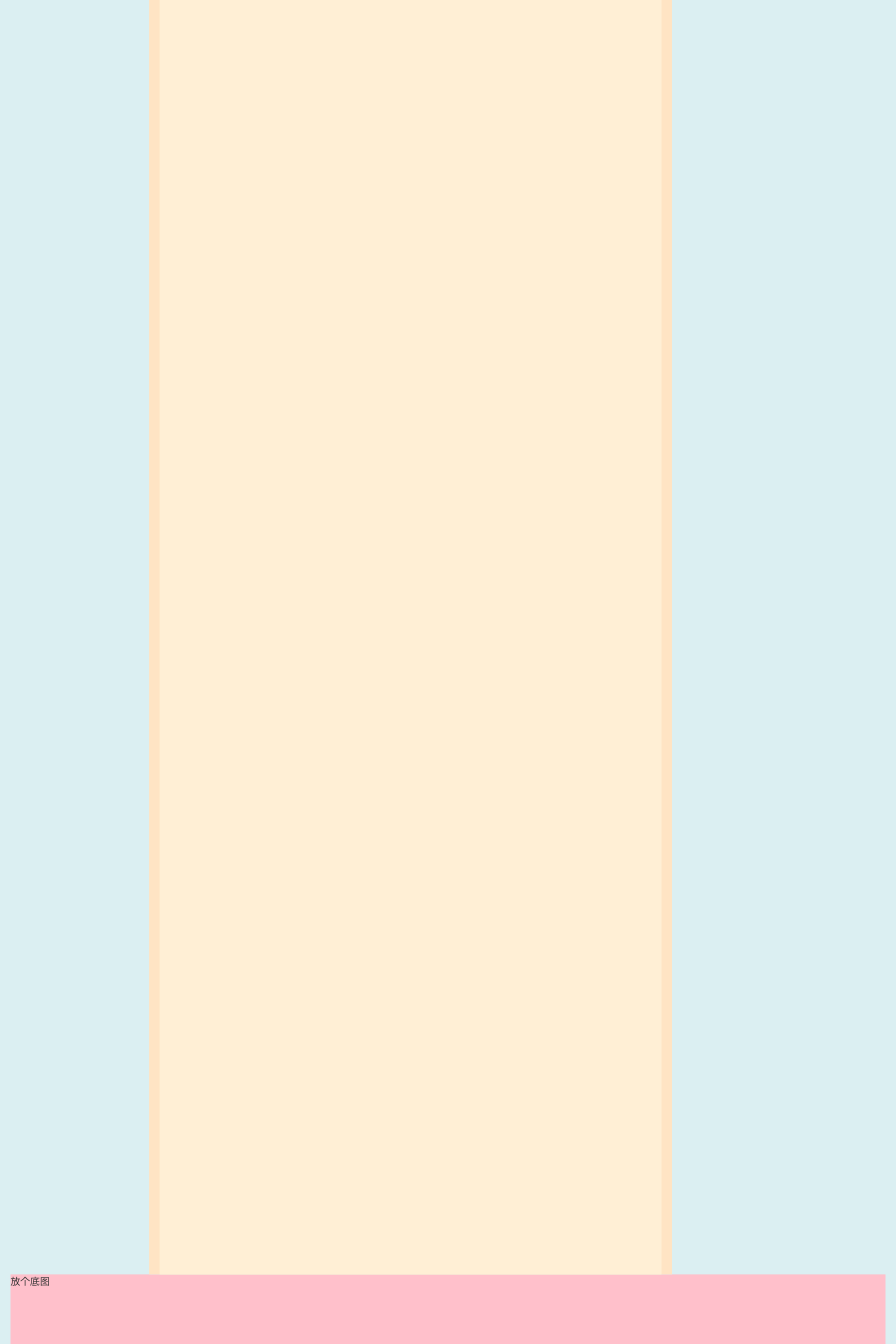
Repository: 15378517762/zxy
Page: html/index.html
These files come from the project's save history. The page is drawn as it stood at one moment and after the next save; the edit follows.
The browser window is 1280 px wide. The pictures show the part of the page from y = 1472 to 3392 px (the page is 3392 px tall), at 70% of full size.

Above is the page before, as saved 2021-05-28 21:22:55.

After the next save:
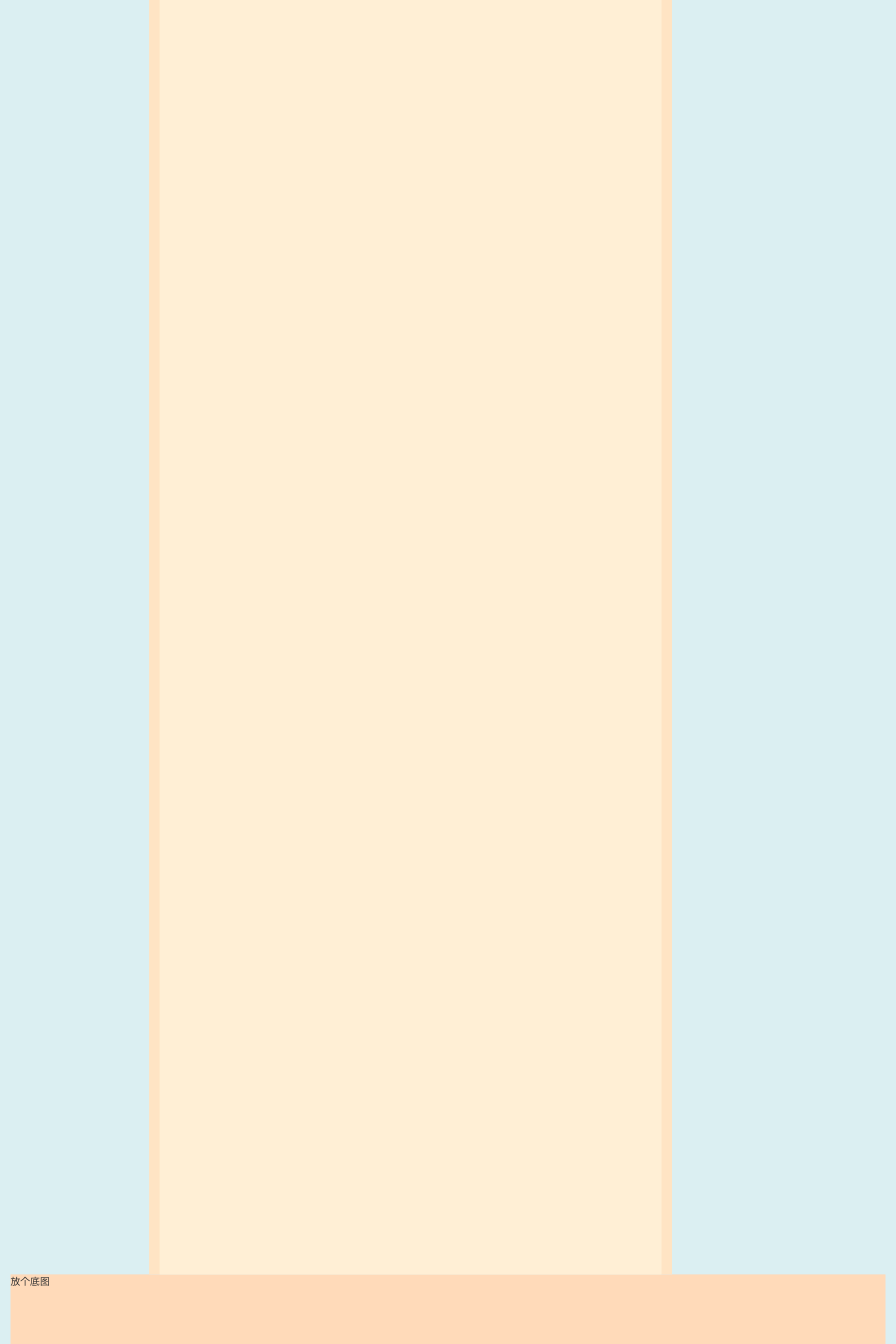
Saved 43 s later.
--- a/css/index.css
+++ b/css/index.css
@@ -93,5 +93,5 @@
 
 .footer {
     height: 100px;
-    background-color: pink;
+    background-color: peachpuff;
 }
